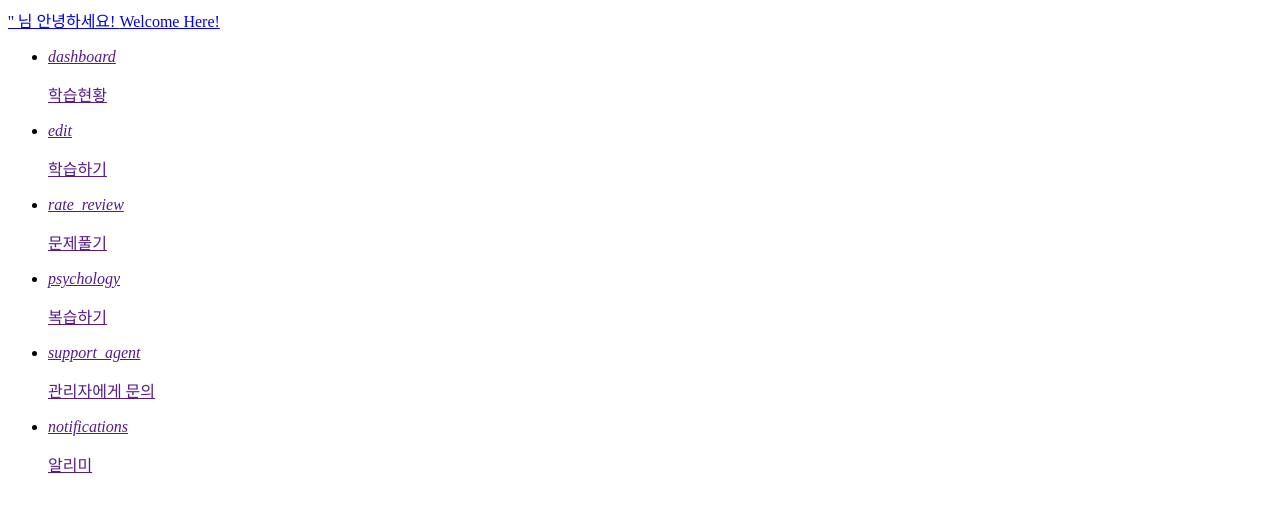
Repository: thinpig1130/lms_system
Page: http://localhost/LMS_PROJECT/WEB-INF/views/include/sidebar.jsp
An editor plug-in stored every save of this project. The page is shown before and after the next save, followed by the edit.
The browser window is 1280 px wide. The pictures show the whole page.
The page is served by Tomcat 9. Nobody is signed in. Other server files are loaded and not shown. The template is opened directly, without the code that normally fills it, so the values that code supplies are empty.

Above is the page before, as saved 2020-09-08 00:32:45.

### LMS_PROJECT/src/main/webapp/WEB-INF/views/include/sidebar.jsp
<%@ page language="java" contentType="text/html; charset=UTF-8"
    pageEncoding="UTF-8"%>

  <div class="sidebar" data-color="purple" data-background-color="black" data-image="/resources/assets/img/sidebar-2.jpg">
      <div class="logo"><a href="/home" class="simple-text logo-normal">
        	  <c:if test="${not empty id}"> '${id}' 님 안녕하세요! </c:if>
        	  <c:if test="${empty id}"> Welcome Here!</c:if>
        </a></div>
      <div class="sidebar-wrapper">
        <ul class="nav">
          <li class="nav-item active">
            <a class="nav-link" href="">
              <i class="material-icons">dashboard</i>
              <p>학습현황</p>
            </a>
          </li>
          <li class="nav-item ">
            <a class="nav-link" href="">
              <i class="material-icons">edit</i>
              <p>학습하기</p>
            </a>
          </li>
          <li class="nav-item ">
            <a class="nav-link" href="">
              <i class="material-icons">rate_review</i>
              <p>문제풀기</p>
            </a>
          </li>
          <li class="nav-item ">
            <a class="nav-link" href="">
              <i class="material-icons">psychology</i>
              <p>복습하기</p>
            </a>
          </li>
          <li class="nav-item ">
            <a class="nav-link" href="">
              <i class="material-icons">support_agent</i>
              <p>관리자에게 문의</p>
            </a>
          </li>
          <li class="nav-item ">
            <a class="nav-link" href="">
              <i class="material-icons">notifications</i>
              <p>알리미</p>
            </a>
          </li>
        </ul>
      </div>
    </div>

After the next save:
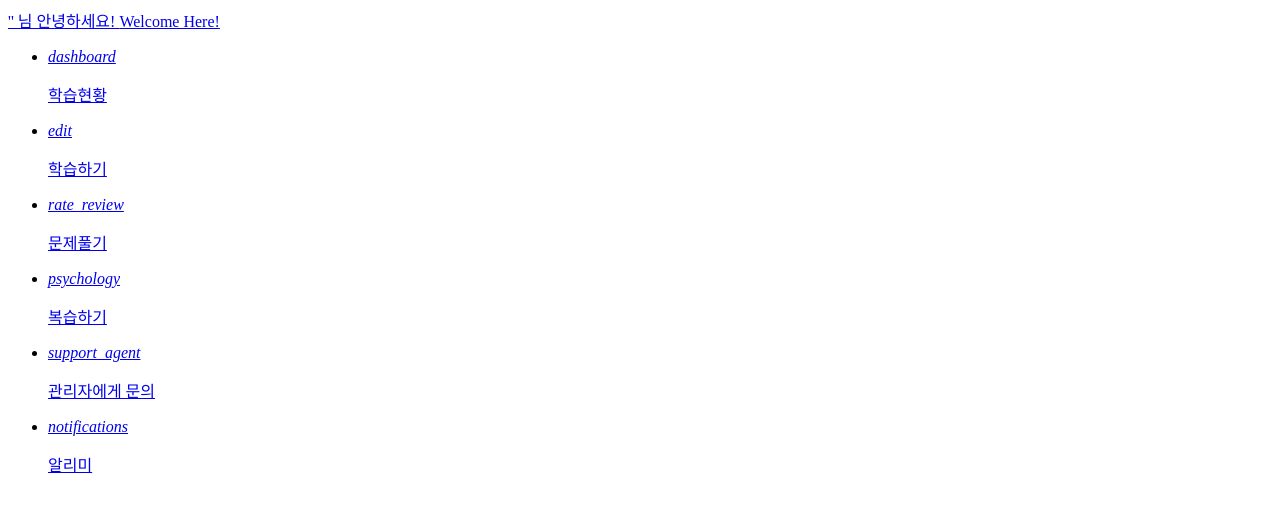
Saved 50 min 2 s later.
--- a/LMS_PROJECT/src/main/webapp/WEB-INF/views/include/sidebar.jsp
+++ b/LMS_PROJECT/src/main/webapp/WEB-INF/views/include/sidebar.jsp
@@ -9,37 +9,37 @@
       <div class="sidebar-wrapper">
         <ul class="nav">
           <li class="nav-item active">
-            <a class="nav-link" href="">
+            <a class="nav-link" href="/user/status">
               <i class="material-icons">dashboard</i>
               <p>학습현황</p>
             </a>
           </li>
           <li class="nav-item ">
-            <a class="nav-link" href="">
+            <a class="nav-link" href="/user/study">
               <i class="material-icons">edit</i>
               <p>학습하기</p>
             </a>
           </li>
           <li class="nav-item ">
-            <a class="nav-link" href="">
+            <a class="nav-link" href="/user/testing">
               <i class="material-icons">rate_review</i>
               <p>문제풀기</p>
             </a>
           </li>
           <li class="nav-item ">
-            <a class="nav-link" href="">
+            <a class="nav-link" href="/user/status">
               <i class="material-icons">psychology</i>
               <p>복습하기</p>
             </a>
           </li>
           <li class="nav-item ">
-            <a class="nav-link" href="">
+            <a class="nav-link" href="/user/status">
               <i class="material-icons">support_agent</i>
               <p>관리자에게 문의</p>
             </a>
           </li>
           <li class="nav-item ">
-            <a class="nav-link" href="">
+            <a class="nav-link" href="/user/status">
               <i class="material-icons">notifications</i>
               <p>알리미</p>
             </a>
